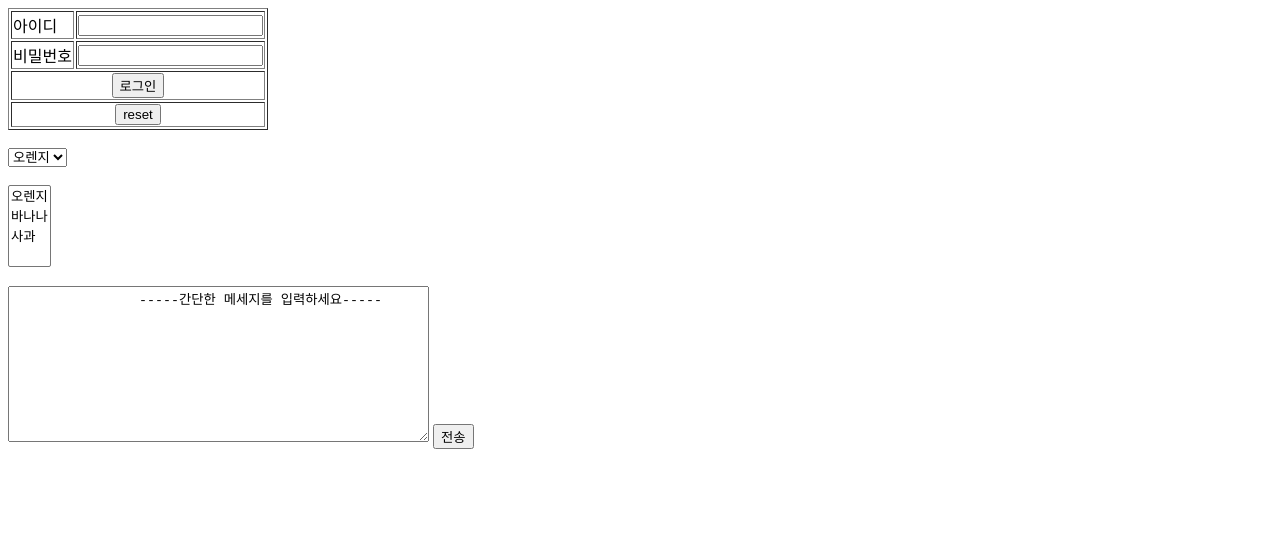
Repository: salee1023/JSP_Practice
Page: HTML_CSS_JS_practice01/src/main/webapp/form_tag.htm
These files come from the project's save history. The page is drawn as it stood at one moment and after the next save; the edit follows.
The browser window is 1280 px wide. The pictures show the whole page.

Above is the page before, as saved 2021-08-16 11:39:46.

### HTML_CSS_JS_practice01/src/main/webapp/form_tag.htm
<!DOCTYPE html>
<html>
<head>
<meta charset="UTF-8">
<title>폼태그 연습</title>
</head>
<body>
	<!--
		폼을 구성하는 태그들
		  : 폼은 데이터를 전송할 때 사용하는 태그,
		  회원가입을 할 때 이름, 전화번호, 주소...

		<form> 자신의 태그내에 있는 데이터를 지정한 웹 주소로 전송해준다.
		데이터 전송방식
		  GET방식 : 데이터용량이 작은 256~4096바이트
		  POST방식 : 대용량의 데이터를 보낼 때 유용하다.

		  <form> 속성 :
		    method : 데이터 전송방식을 지정
		    name : 폼의 이름을 지정. 자바스크립트에서 폼내의 데이터를 구분할 때 사용한다.
		    action : 폼내의 데이터를 이동시킬 위치를 지정한다.
		    enctype : 대용량 파일의 데이터 속성을 지정한다.

		  구성태그들
		  ---------------
		  <input>
		    type :
		      text : 한 줄 입력받을 때 사용하는 형식
		      password : 비밀번호 형태로 입력받을 때 사용하는 형식
		      radio : 상호배타적 선택
		      checkbox : 다중 선택
		      button : 자바스크립트와 연계해서 사용
		      submit : 폼의 내용을 action에서 지정한 주소로 보낼 때 사용하는 형식
		      reset : 폼의 내용을 초깃값으로 재설정할 때 사용하는 형식
		      hidden : 숨김필드로 화면에 보이지 않게 할 때 사용하는 형식
		      file : 파일을 첨부할 때 사용하는 형식.

		  <select>
		  목록상자나 콤보 박스로 폼을 구성할 때 사용하는 태그
		    속성 :
		      name : 필드의 이름을 지정
		      size : 목록상자에 보여지는 항목의 수를 지정한다.
		      multiple : 필드에서 여러개의 항목을 선택할 수 있도록 지정한다.

		  <option>
		  select 태그가 만드는 필드의 항목을 만드는 태그
		    속성 :
		      value : 항목을 선택했을 때 전송할 값을 지정한다.
		      selected : 기본적으로 선택되는 항목을 지정한다.

		  <textarea>
		  여러줄에 입력하는 데이터를 사용하고자 할 때 사용하는 태그
		    속성 :
		      name : 필드의 이름을 지정
		      cols : 대문자 A를 기준으로 너비를 설정
		      rows : 대문자 A를 기준으로 높이를 설정
		      readonly : 필드를 읽기 전용으로 지정
	-->
	<form action="http://www.naver.com/index.html">
		<table border = 1>
			<tr>
				<td>아이디</td>
				<td>
					<input type="text" name="id">
				</td>
			</tr>
			<tr>
				<td>비밀번호</td>
				<td>
					<input type="password" name="pw">
				</td>
			</tr>
			<tr>
				<td colspan=2>
					<div align="center"><input type="submit" value="로그인"></div>
				</td>
			</tr>
			<tr>
				<td colspan=2>
					<div align="center"><input type="reset" value="reset"></div>
				</td>
			</tr>
		</table>
		<br>
		<select name="과일">
			<option value="orange">오렌지</option>
			<option value="banana">바나나</option>
			<option value="apple">사과</option>
		</select>
		<br><br>
		<select name="choice" multiple>
			<option value="orange">오렌지</option>
			<option value="banana">바나나</option>
			<option value="apple">사과</option>
		</select>
		<br><br>
		<textarea name="memo" cols="50" rows="10">
		-----간단한 메세지를 입력하세요-----
		</textarea>
		<input type="submit" value="전송">
	</form>
</body>
</html>

After the next save:
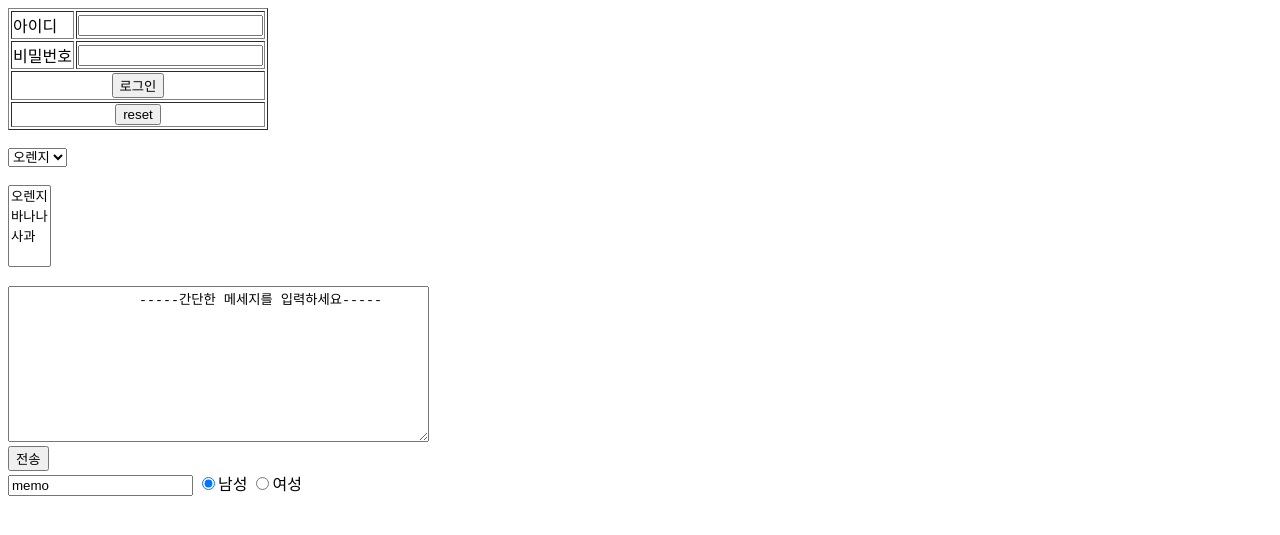
Saved 113 s later.
--- a/HTML_CSS_JS_practice01/src/main/webapp/form_tag.htm
+++ b/HTML_CSS_JS_practice01/src/main/webapp/form_tag.htm
@@ -97,7 +97,14 @@
 		<textarea name="memo" cols="50" rows="10">
 		-----간단한 메세지를 입력하세요-----
 		</textarea>
+		<br>
 		<input type="submit" value="전송">
+		<br>
+		<input type="text" name="memo" maxlength="6" value="memo">
+		<input type="radio" name="sex" value="man" checked>남성
+		<input type="radio" name="sex" value="woman">여성
+
+
 	</form>
 </body>
 </html>
